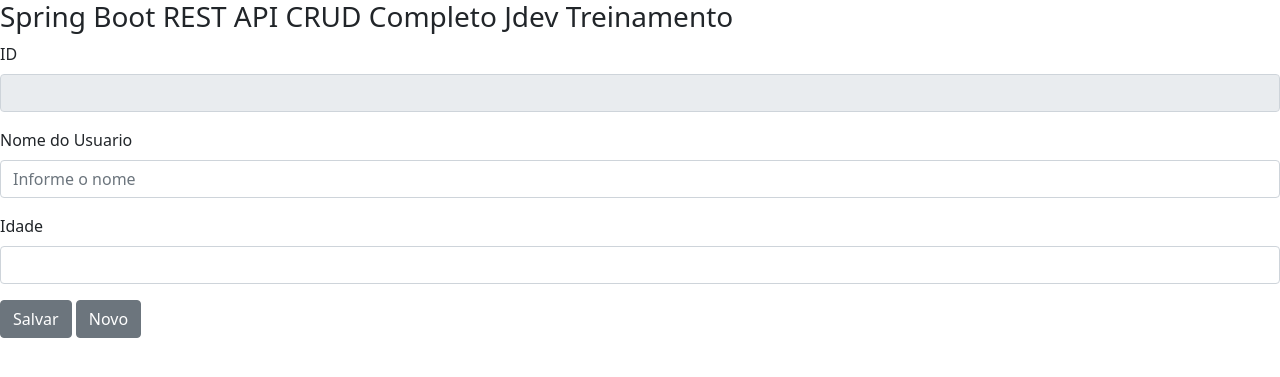
Repository: HallyssonKaynan/tccbancodedados
Page: eclipse-workspace/springboot-rest-api-sample/src/main/resources/static/index.html
These files come from the project's save history. The page is drawn as it stood at one moment and after the next save; the edit follows.
The browser window is 1280 px wide. The pictures show the whole page.

Above is the page before, as saved 2022-08-24 19:38:15.

After the next save:
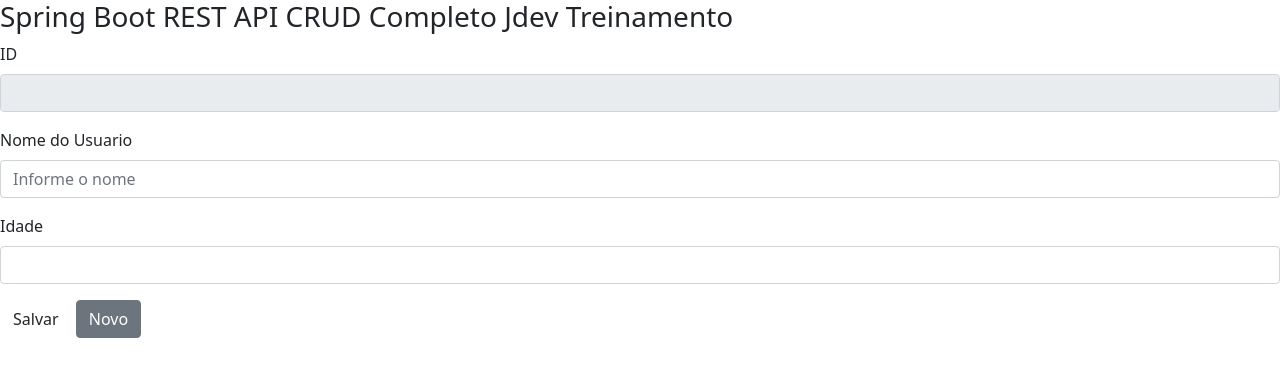
Saved 10 min 16 s later.
--- a/eclipse-workspace/springboot-rest-api-sample/src/main/resources/static/index.html
+++ b/eclipse-workspace/springboot-rest-api-sample/src/main/resources/static/index.html
@@ -27,7 +27,7 @@
 
 </form>
 
-<button type="button" class="btn btn-secondary" onclick="salvarUsuario()">Salvar</button>
+<button type="button" class="btn btn-sucess" onclick="salvarUsuario()">Salvar</button>
 <button type="button" class="btn btn-secondary" onclick="document.getElementById('formCadastroUser').reset();">Novo</button>
 <script src="https://code.jquery.com/jquery-3.6.0.min.js" integrity="sha256-/xUj+3OJU5yExlq6GSYGSHk7tPXikynS7ogEvDej/m4=" crossorigin="anonymous"></script>
 
